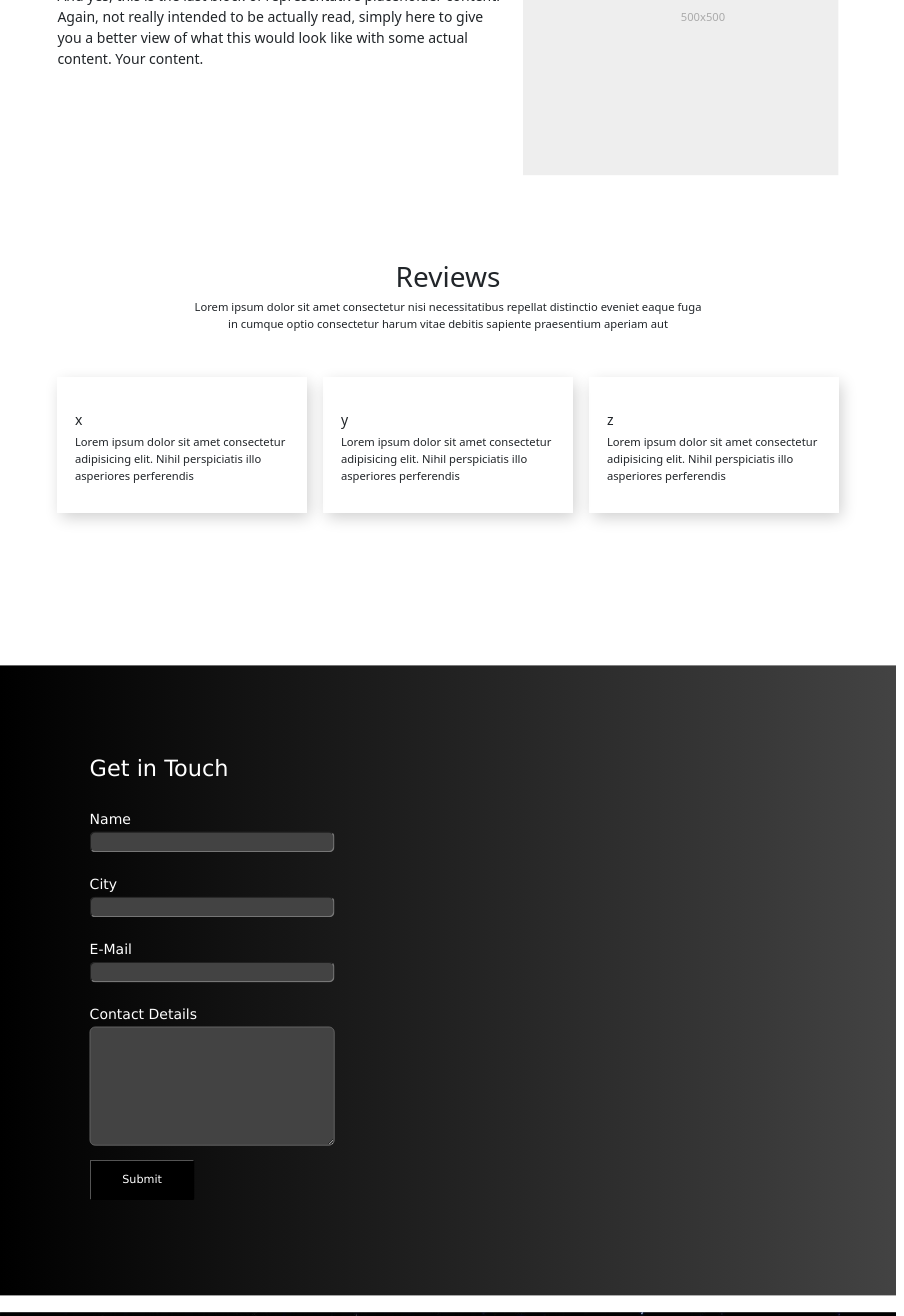
Repository: sarthakkathpalia/elliptical
Page: html/home.html
An editor plug-in stored every save of this project. The page is shown before and after the next save, followed by the edit.
The browser window is 1280 px wide. The page is 1280 px wide, then 1292 px, so the pictures cover 1292 px, including what lies to the right of the window. The pictures show the part of the page from y = 2842 to 4722 px (the page is 4885 px tall before and 5385 px after), at 70% of full size.
Some icons come from a web library that is not loaded, so they are not drawn. Some web libraries are served in a nearby version.

Above is the page before, as saved 2021-10-30 15:39:26.
Console error: ReferenceError: emailjs is not defined

### html/home.html
<!doctype html>
<html lang="en">
  <head>
    <!-- Required meta tags -->
    <meta charset="utf-8">
    <meta name="viewport" content="width=device-width, initial-scale=1">

    <!-- Bootstrap CSS -->
    <link href="https://cdn.jsdelivr.net/npm/bootstrap@5.1.3/dist/css/bootstrap.min.css" rel="stylesheet" integrity="sha384-1BmE4kWBq78iYhFldvKuhfTAU6auU8tT94WrHftjDbrCEXSU1oBoqyl2QvZ6jIW3" crossorigin="anonymous">
    <link rel="stylesheet" href="/Css/home.css">
    <script type="text/javascript" src="https://cdn.jsdelivr.net/npm/emailjs-com@3/dist/email.min.js"></script>
    <link rel="stylesheet" href="https://cdn.jsdelivr.net/npm/bootstrap-icons@1.6.1/font/bootstrap-icons.css">

    <script type="text/javascript">
    (function() {
    emailjs.init("user_RQy2NQAr1UeMOoaw4Cpgi");
    })();
    </script>
    <title>XYZ</title>
  </head>
  <body>

    <nav class="navbar navbar-expand-lg ">
      <div class="container">
        <a class="navbar-brand" href="#">Eliptical</a>
        <button class="navbar-toggler" type="button" data-bs-toggle="collapse" data-bs-target="#navbarNavDropdown" aria-controls="navbarNavDropdown" aria-expanded="false" aria-label="Toggle navigation">
          <span class="navbar-toggler-icon"></span>
        </button>
        <div class="collapse navbar-collapse" id="navbarNavDropdown">
          <ul class="navbar-nav ">
            <!-- <li class="nav-item">
              <a class="nav-link active" aria-current="page" href="#">Home</a>
            </li> -->
            <li class="nav-item">
              <a class="nav-link" href="#section2">About Us</a>
            </li>
            <li class="nav-item">
              <a class="nav-link" href="#fly">FLY TO SPACE</a>
            </li>
            <li class="nav-item">
            <li class="nav-item">
                <a class="nav-link" href="test.html">Training</a>
            </li>
              <a class="nav-link" href="#">Lunar Land</a>
            </li>
            <li class="nav-item">
              <a class="nav-link" href="#services">Reviews</a>
            </li>
            <li class="nav-item">
              <a class="nav-link" href="#contact">Get In Touch</a>
            </li>
            <li class="nav-item login">
              <a class="nav-link" href="login.html">Login</a>
            </li>


            <!-- <li class="nav-item dropdown">
              <a class="nav-link dropdown-toggle" href="#" id="navbarDropdownMenuLink" role="button" data-bs-toggle="dropdown" aria-expanded="false">
                Dropdown link
              </a>
              <ul class="dropdown-menu" aria-labelledby="navbarDropdownMenuLink">
                <li><a class="dropdown-item" href="#">Action</a></li>
                <li><a class="dropdown-item" href="#">Another action</a></li>
                <li><a class="dropdown-item" href="#">Something else here</a></li>
              </ul>
            </li> -->


          </ul>
            <div class="right ms-auto">
            <a class="nav-link" href="#"></a>
          </div>
          <input type="checkbox" id="check">
    <label for="check">
      <i class="bi bi-bag" id="btn"></i>
      <i class="bi bi-x-square" id="cancel"></i>
    </label>
    <div class="sidebar">
      <header>Shop</header>
      <a href="#" class="active">
        <i class="bi bi-caret-right"></i>
        <span>Dashboard</span>
      </a>
      <a href="#">
        <i class="bi bi-caret-right"></i>
        <span>Shortcuts</span>
      </a>
      <a href="#">
        <i class="bi bi-caret-right"></i>
        <span>Overview</span>
      </a>
      <a href="#">
        <i class="bi bi-caret-right"></i>
        <span>Events</span>
      </a>
      <a href="#">
        <i class="bi bi-caret-right"></i>
        <span>About</span>
      </a>
      <a href="#">
        <i class="bi bi-caret-right"></i>
        <span>Services</span>
      </a>
      <a href="#">
        <i class="bi bi-caret-right"></i>
        <span>Contact</span>
      </a>
    </div>
        </div>
      </div>
    </nav>





    <div class="home vh-100 d-flex align-items-center" id="home">
      <div class="container">
          <div class="row">
              <div class="col-lg-7 mx-auto text-center">
                  <h1 class="display-4 ">Lorem ipsum dolor sit amet.</h1>
                  <p class=" my-3">Lorem ipsum dolor sit amet, consectetur adipisicing elit. Eaque quia
                      sequi eius. Quas, totam aliquid. Repudiandae reiciendis vel excepturi ipsa voluptate dicta!</p>
                  <a href="#" class="btn me-1 ">Get Started</a>

              </div>
          </div>
      </div>
  </div>


      <a id="arrow" class = "arrow" href="#home "><i class="up"></i></a>
      <a id="arrow" class = "arrow" href="#section2 "><i class="down"></i></a>





<main id=section2>
  <div class=" section2 container ">
    <div class="row ">
      <div class="col-lg-6 ">
          <h1 data-js="reveal" class="display-4 ">About Us</h1>
          <p  data-js="reveal" class=" my-3">
            Our planet Earth has about 8 Billion people and hardly 650 of them have been lucky enough who got the opportunity to travel in space under various missions. In 2020, Elliptical opened the doors for common citizens to explore space, not under any Government Mission but on a joy trip on a Space Craft owned by us named __(space craft name). It is a matter of pride that we will be the first Indian company to start space travel as a private enterprise. Our first trip to Moon is scheduled for 24th December 2021 from 'Sriharikota' and later in June'22 we plan to take a trip to Mars too. However we have not restricted our spectrum of activities to Space Travel only but we also undertake training of people for Space Travel and besides we are authorised company for sale of Lunar Land!!
          </p>
      </div>
    </div>
</div>
</main>

<div class="container marketing">



  <div id="fly" class="con1">
  <div class="row featurette align-items-center">
    <div class="col-md-7">
      <h2 class="featurette-heading">Lower Earth Orbit <span class="text-muted">It’ll blow your mind.</span></h2>
      <p class="lead">Some great placeholder content for the first featurette here. Imagine some exciting prose here.</p>
    </div>
    <div class="col-md-5">
      <!-- <img src="cosmos.jpg" alt=""> -->
      <svg class="bd-placeholder-img bd-placeholder-img-lg featurette-image img-fluid mx-auto" width="500" height="500" xmlns="http://www.w3.org/2000/svg" role="img" aria-label="Placeholder: 500x500" preserveAspectRatio="xMidYMid slice" focusable="false"><title>Placeholder</title><rect width="100%" height="100%" fill="#eee"></rect><text x="50%" y="50%" fill="#aaa" dy=".3em">500x500</text></svg>

    </div>
  </div>
</div>



  <div class="row featurette align-items-center">
    <div class="col-md-7 order-md-2">
      <h2 class="featurette-heading">Land On Moon <span class="text-muted">See for yourself.</span></h2>
      <p class="lead">Another featurette? Of course. More placeholder content here to give you an idea of how this layout would work with some actual real-world content in place.</p>
    </div>
    <div class="col-md-5 order-md-1">
      <svg class="bd-placeholder-img bd-placeholder-img-lg featurette-image img-fluid mx-auto" width="500" height="500" xmlns="http://www.w3.org/2000/svg" role="img" aria-label="Placeholder: 500x500" preserveAspectRatio="xMidYMid slice" focusable="false"><title>Placeholder</title><rect width="100%" height="100%" fill="#eee"></rect><text x="50%" y="50%" fill="#aaa" dy=".3em">500x500</text></svg>

    </div>
  </div>




  <div class="row featurette align-items-center">
    <div class="col-md-7">
      <h2 class="featurette-heading">Discover Mars<span class="text-muted">Checkmate.</span></h2>
      <p class="lead">And yes, this is the last block of representative placeholder content. Again, not really intended to be actually read, simply here to give you a better view of what this would look like with some actual content. Your content.</p>
    </div>
    <div class="col-md-5">
      <svg class="bd-placeholder-img bd-placeholder-img-lg featurette-image img-fluid mx-auto" width="500" height="500" xmlns="http://www.w3.org/2000/svg" role="img" aria-label="Placeholder: 500x500" preserveAspectRatio="xMidYMid slice" focusable="false"><title>Placeholder</title><rect width="100%" height="100%" fill="#eee"></rect><text x="50%" y="50%" fill="#aaa" dy=".3em">500x500</text></svg>

    </div>
  </div>
</div>

<section id="services">

  <div class="container">
      <div class="row  mb-5">
          <div class=" col-md-8 mx-auto text-center">

              <h1 data-aos="fade-up">Reviews</h1>
              <p>Lorem ipsum dolor sit amet consectetur nisi necessitatibus repellat distinctio eveniet eaque fuga
                  in cumque optio consectetur harum vitae debitis sapiente praesentium aperiam aut</p>
          </div>
      </div>
      <div class="row g-4">
          <div class="col-lg-4 col-sm-6">
              <div class="service card-effect bounceInUp">
                  <div class="iconbox">
                      <i class='bx bxs-check-shield'></i>
                  </div>
                  <h5 class="mt-4 mb-2">x</h5>
                  <p>Lorem ipsum dolor sit amet consectetur adipisicing elit. Nihil perspiciatis illo asperiores
                      perferendis </p>
              </div>
          </div>
          <div class="col-lg-4 col-sm-6">
              <div class="service card-effect">
                  <div class="iconbox">
                      <i class='bx bxs-comment-detail'></i>
                  </div>
                  <h5 class="mt-4 mb-2">y</h5>
                  <p>Lorem ipsum dolor sit amet consectetur adipisicing elit. Nihil perspiciatis illo asperiores
                      perferendis </p>
              </div>
          </div>
          <div class="col-lg-4 col-sm-6">
              <div class="service card-effect">
                  <div class="iconbox">
                      <i class='bx bxs-cog'></i>
                  </div>
                  <h5 class="mt-4 mb-2">z</h5>
                  <p>Lorem ipsum dolor sit amet consectetur adipisicing elit. Nihil perspiciatis illo asperiores
                      perferendis </p>
              </div>
          </div>
         </div>

  </div>
</section>
<div id= "contact" class="form">

  <h2>Get in Touch</h2>
  <label htmlFor="name">Name</label>
  <input type="text" id="name"/>
  <label htmlFor="City">City</label>
  <input type="text" id="city"/>
  <label htmlFor="email">E-Mail</label>
  <input type="email" id="email"/>
  <label>Contact Details</label>
  <textarea  rows="7" cols="100"  id="message" ></textarea>
  <button class="b1" onclick="sendEmail()">Submit</button>
</div>



<footer class="py-3 my-4">
  <ul class="nav justify-content-center border-bottom pb-3 mb-3">
    <li class="nav-item"><a href="#" class="nav-link px-2 text-muted">Home</a></li>
    <li class="nav-item"><a href="#" class="nav-link px-2 text-muted">Features</a></li>
    <li class="nav-item"><a href="#" class="nav-link px-2 text-muted">Pricing</a></li>
    <li class="nav-item"><a href="#" class="nav-link px-2 text-muted">FAQs</a></li>
    <li class="nav-item"><a href="#" class="nav-link px-2 text-muted">About</a></li>
  </ul>
  <p class="text-center text-muted">© 2021 Company, Inc</p>
</footer>



    <!-- Optional JavaScript; choose one of the two! -->

    <!-- Option 1: Bootstrap Bundle with Popper -->
    <script src="https://cdn.jsdelivr.net/npm/bootstrap@5.1.3/dist/js/bootstrap.bundle.min.js" integrity="sha384-ka7Sk0Gln4gmtz2MlQnikT1wXgYsOg+OMhuP+IlRH9sENBO0LRn5q+8nbTov4+1p" crossorigin="anonymous"></script>

    <!-- Option 2: Separate Popper and Bootstrap JS -->
    <!--
    <script src="https://cdn.jsdelivr.net/npm/@popperjs/core@2.10.2/dist/umd/popper.min.js" integrity="sha384-7+zCNj/IqJ95wo16oMtfsKbZ9ccEh31eOz1HGyDuCQ6wgnyJNSYdrPa03rtR1zdB" crossorigin="anonymous"></script>
    <script src="https://cdn.jsdelivr.net/npm/bootstrap@5.1.3/dist/js/bootstrap.min.js" integrity="sha384-QJHtvGhmr9XOIpI6YVutG+2QOK9T+ZnN4kzFN1RtK3zEFEIsxhlmWl5/YESvpZ13" crossorigin="anonymous"></script>
    -->
    <script src="/main.js"></script>
  </body>
</html>

### Css/home.css

*{
    margin: 0;
    padding: 0;
    box-sizing: border-box;
}
.arrow{
    font-size: 20px;
    color: white;
    bottom: 0px;
    right: 0px;
    padding: 30px;
    position: fixed;
}
.navbar-nav{
    font-weight: bold;
    text-transform: uppercase;
    font-size: 17px;
    font-family: 'Gill Sans', 'Gill Sans MT', Calibri, 'Trebuchet MS', sans-serif;
}

.navbar{
    position: absolute;
    z-index: 10;
    margin-top: 9px;
    width: 100%;
}
.navbar-nav a{
    color: rgb(255, 254, 253);
}

.navbar-nav a:hover{
    color: black;
   text-decoration: underline;
   transition: 0.5s;
  font-size: 18px;
  transform: translateY(-8%);
}
.home{
    position: relative;
    background-image: url(/Images/astronaut.jpg);
    background-size: cover;
    background-position: center;
}
.home .row{
    margin-top: 350px;
}
.home h1{
    color: rgb(148, 11, 11);
    font-weight: bold;
}
.home p{
    color: antiquewhite;
}
.row a{
    border: 2px solid wheat;
    color: aliceblue;
}
.row a:hover{
    transition: 0.2s;
    transform: translateY(5%);
    font-size: 18px;
    border: 2px solid wheat;
    color: aliceblue;
}
.nav-item a:focus{
    color:black;
}
section {

    height:700px;

    padding-top: 120px;
    padding-bottom: 120px;
  }
  .service{
    padding: 25px;
    box-shadow: 5px 8px 22px rgba(0, 0, 0, 0.199);
    transition: all 0.35s ease;
  }

  .service:hover{
    box-shadow: 5px 8px 22px rgba(38, 17, 66, 0.205);
    transform: translateY(5px);

  }
  .dropdown-menu a{
      color:black;
  }

   #section2 .container {

    padding-top: 120px;
    padding-bottom: 120px;
    background-image: url(/Images/astronaut.jpg);
    background-repeat: no-repeat;
    background-size: cover;
    max-width: 100%;

  }
  .section2 .row{
     display: flex;
     margin: 140px;
     margin-top: 170px;
     margin-bottom:150px ;
    color: aliceblue;
  }
  [data-reveal="text"]{
      opacity: 0;

  }
  [data-js="reveal"].loaded [data-reveal="text"]{
      opacity:1;
      animation:reveal-text 1.5s ease;

  }
  @keyframes reveal-text {
      0%{
         opacity: 0;

      }
      50%{

          opacity: 1;
      }

    }

    .con1,.con3{
        padding: 20px;


      }
      .con2 h2{
        color:rgb(245, 239, 239);
      }
      .con2 p{
        color:rgba(240, 238, 238, 0.726);
      }

      .con2{
        background-image:url(/Images/cosmos.jpg) ;
        padding: 20px;
      }

      footer {
        background-image:url(/Images/cosmos.jpg) ;
      }
      .form{

          height: 900px;
        font-family:'Lucida Sans', 'Lucida Sans Regular', 'Lucida Grande', 'Lucida Sans Unicode', Geneva, Verdana, sans-serif;
        padding: 10%;
        /* background: url('215c7fdca6033092baa04b35c17466bd.gif') no-repeat ;
        background-size: cover; */
        background-image: linear-gradient(to right,#000000,#434343);
        display: flex;
        color: white;
        flex-direction: column;
    }
    input,textarea{
        background-color: #434343;
    }
    textarea{
        width:350px;

        border-radius: 8px;

    }
    input{
        width:350px;
        height: 30px;
        border-radius: 8px;
    }

    label{
        font-size: 20px;
        margin-top: 30px;
        margin-bottom: 3px;
    }
    .b1{
        margin-top: 20px;
        color: white;
        background-color:#000000 ;
        padding: 15px;
        width: 150px;
        border-radius: 3px;
    }
    .b1:hover{
        background-color: white;
        color: black;
    }

### main.js
"use strict";
const sendEmail = async () => {
  var templateParams = {
      name: document.getElementById("name").value,
      message:document.getElementById("message").value,
      city:document.getElementById("city").value,
      Email:document.getElementById("email").value
  };

  emailjs.send('service_v5j0w57', 'template_jckj8km',templateParams)
    .then(function(res)
        {
          console.log("success",res.status);
        })

  const res = await fetch("https://tea-baggins-default-rtdb.firebaseio.com/form.json",{
      method: "POST",
      headers: {
          "Content-Type" : "application/json",
      },
      body:JSON.stringify(templateParams),
     })

  console.log("submited");
  alert("Thank you for your response");
}

var COLOR_LIST = ['#31fe4d', '#ff00ff', 'orange', '#007fff', '#00ffff'];
var $targetList;

var init = function init() {
  $targetList = document.querySelectorAll('[data-js="reveal"]');
  setup();
  window.addEventListener('scroll', onScroll, false);
  window.dispatchEvent(new Event('scroll'));
};

var getArrayRandomValue = function getArrayRandomValue(array) {
  return array[Math.floor(Math.random() * array.length)];
};

var setup = function setup() {
  var _iteratorNormalCompletion = true;
  var _didIteratorError = false;
  var _iteratorError = undefined;

  try {
    for (var _iterator = $targetList[Symbol.iterator](), _step; !(_iteratorNormalCompletion = (_step = _iterator.next()).done); _iteratorNormalCompletion = true) {
      var $target = _step.value;
      var content = $target.innerHTML;
      var color = 'revealColor' in $target.dataset ? $target.dataset.revealColor : getArrayRandomValue(COLOR_LIST);
      $target.innerHTML = "<span data-reveal=\"content\"><div data-reveal=\"cover\" style=\"background-color:".concat(color, "\"></div><span data-reveal=\"text\">").concat(content, "</span></span>");
    }
  } catch (err) {
    _didIteratorError = true;
    _iteratorError = err;
  } finally {
    try {
      if (!_iteratorNormalCompletion && _iterator.return != null) {
        _iterator.return();
      }
    } finally {
      if (_didIteratorError) {
        throw _iteratorError;
      }
    }
  }
};

var onScroll = function onScroll() {
  var windowH = window.innerHeight;
  var scrollTop = document.documentElement.scrollTop || document.body.scrollTop;
  var isMostScroll = document.body.clientHeight <= scrollTop + windowH;
  var _iteratorNormalCompletion2 = true;
  var _didIteratorError2 = false;
  var _iteratorError2 = undefined;

  try {
    for (var _iterator2 = $targetList[Symbol.iterator](), _step2; !(_iteratorNormalCompletion2 = (_step2 = _iterator2.next()).done); _iteratorNormalCompletion2 = true) {
      var $target = _step2.value;
      if ($target.classList.contains('loaded')) continue;
      var rect = $target.getBoundingClientRect();
      var top = rect.top + scrollTop;
      if (isMostScroll || top <= scrollTop + windowH * .8) $target.classList.add('loaded');
    }
  } catch (err) {
    _didIteratorError2 = true;
    _iteratorError2 = err;
  } finally {
    try {
      if (!_iteratorNormalCompletion2 && _iterator2.return != null) {
        _iterator2.return();
      }
    } finally {
      if (_didIteratorError2) {
        throw _iteratorError2;
      }
    }
  }
};

document.addEventListener('DOMContentLoaded', init, false);

After the next save:
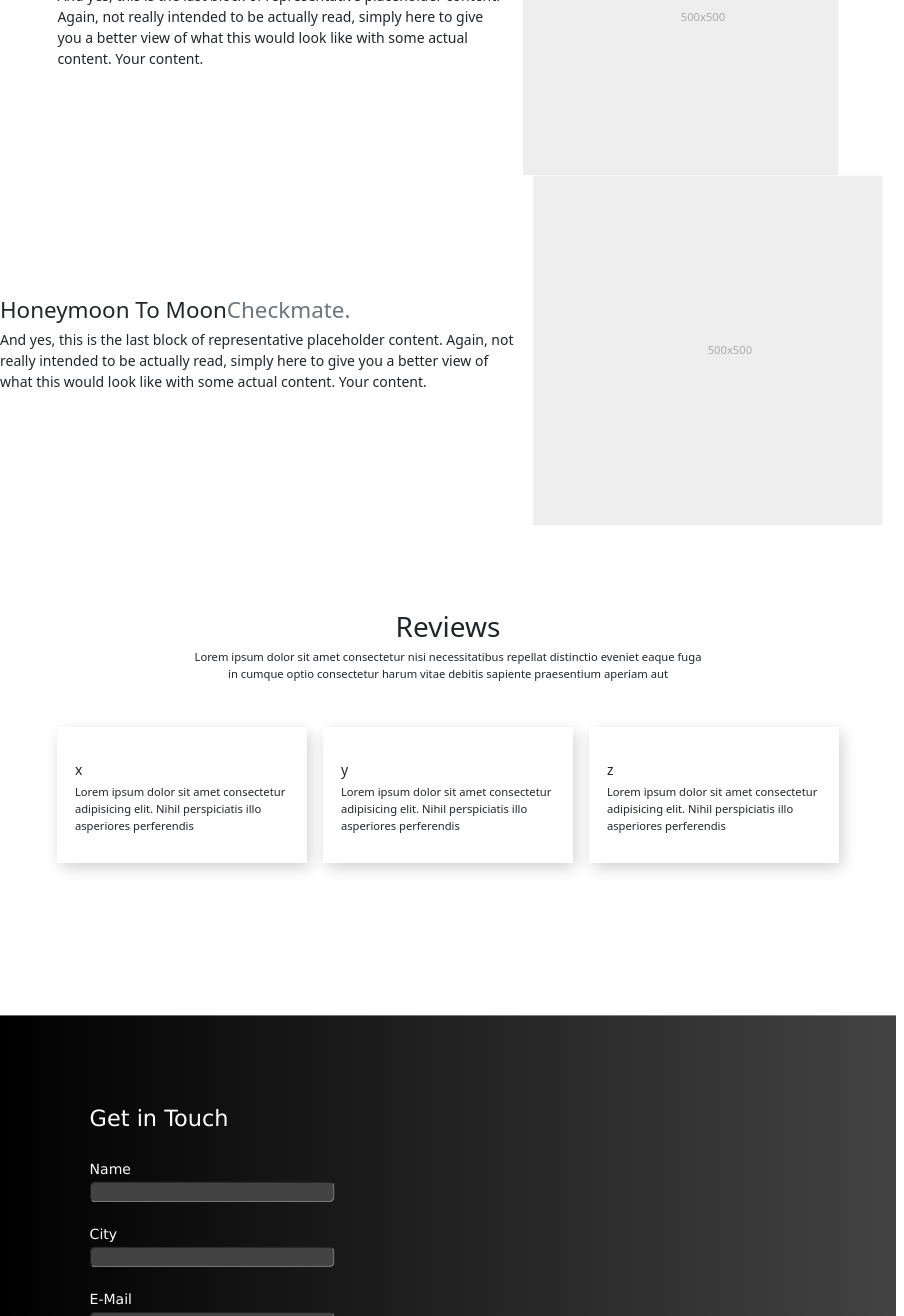
Saved 41 s later.
--- a/html/home.html
+++ b/html/home.html
@@ -195,6 +195,18 @@
   </div>
 </div>
 
+<div class="row featurette align-items-center">
+  <div class="col-md-7">
+    <h2 class="featurette-heading">Honeymoon To Moon<span class="text-muted">Checkmate.</span></h2>
+    <p class="lead">And yes, this is the last block of representative placeholder content. Again, not really intended to be actually read, simply here to give you a better view of what this would look like with some actual content. Your content.</p>
+  </div>
+  <div class="col-md-5">
+    <svg class="bd-placeholder-img bd-placeholder-img-lg featurette-image img-fluid mx-auto" width="500" height="500" xmlns="http://www.w3.org/2000/svg" role="img" aria-label="Placeholder: 500x500" preserveAspectRatio="xMidYMid slice" focusable="false"><title>Placeholder</title><rect width="100%" height="100%" fill="#eee"></rect><text x="50%" y="50%" fill="#aaa" dy=".3em">500x500</text></svg>
+
+  </div>
+</div>
+</div>
+
 <section id="services">
 
   <div class="container">
